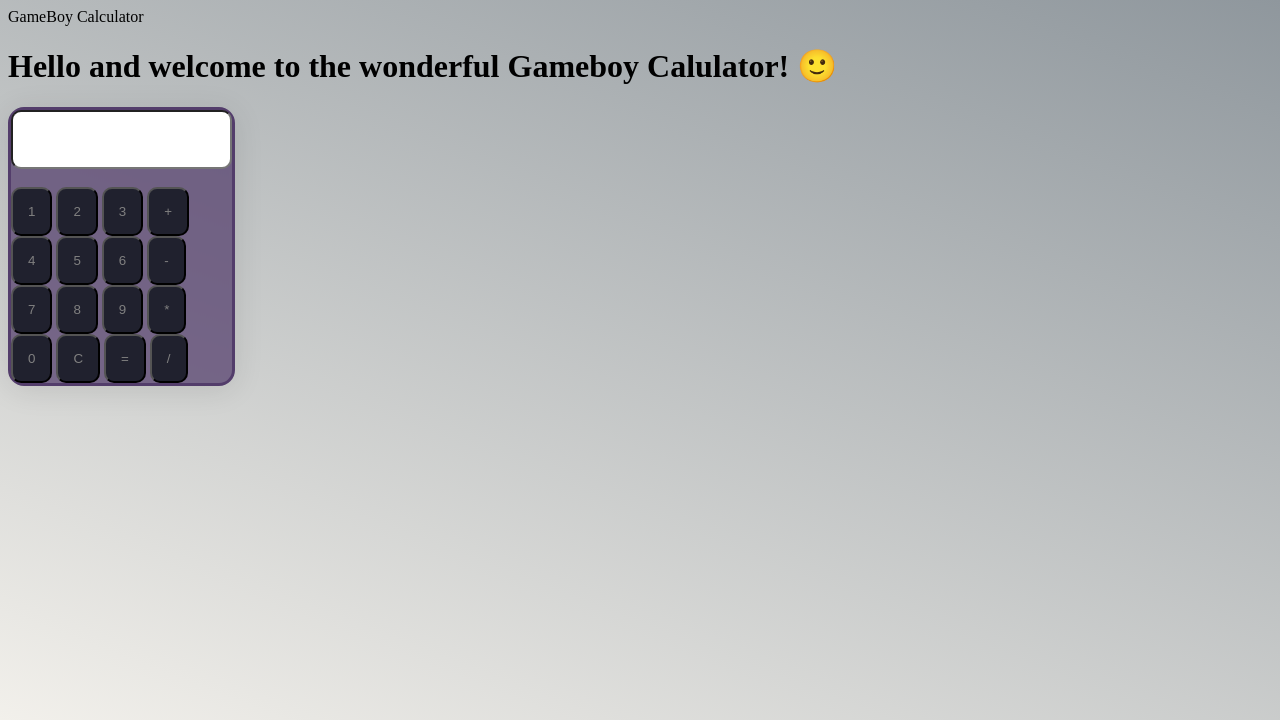
Repository: CrazyPaine/GameBoy-Calculator
Page: index.html
The author's editor kept a copy of each file at every save. The page is drawn from the files as they stood at one save, then again after the next save.
The browser window is 1280 px wide. The pictures show the whole page.

Above is the page before, as saved 2024-02-02 15:58:12.

### index.html
<!DOCTYPE html>
<html lang="en">
<head>
    <meta charset="UTF-8">
    <meta name="viewport" content="width=device-width, initial-scale=1.0">
    <link rel="stylesheet" type="text/css" href="css/styles.css"
    <title>GameBoy Calculator</title>
</head>

<body>
    <h1 class = "Intro">Hello and welcome to the wonderful Gameboy Calulator! &#128578;</h1>

    <div class = 'calculator'>
        <input type="text"id="display" readonly>
       <br>
            <button onclick="appendToDisplay('1')" class = "button">1</button>
            <button onclick="appendToDisplay('2')" class = "button">2</button>
            <button onclick="appendToDisplay('3')" class = "button">3</button>
            <button onclick="appendToDisplay('+')" class = "button">+</button>
            <br>
            <button onclick="appendToDisplay('4')" class = "button">4</button>
            <button onclick="appendToDisplay('5')" class = "button">5</button>
            <button onclick="appendToDisplay('6')" class = "button">6</button>
            <button onclick="appendToDisplay('-')" class = "button">-</button>
            <br>
            <button onclick="appendToDisplay('7')" class = "button">7</button>
            <button onclick="appendToDisplay('8')" class = "button">8</button>
            <button onclick="appendToDisplay('9')" class = "button">9</button>
            <button onclick="appendToDisplay('*')" class = "button">*</button>
            <br>
            <button onclick="appendToDisplay('0')" class = "button">0</button>
            <button onclick="clearDisplay()" class = "button">C</button>
            <button onclick="calculateResult()" class = "button">=</button>
            <button onclick="appendToDisplay('/')" class = "button">/</button>

    </div>




</body>
</html>

### css/styles.css
/******************************************
/* CSS
/*******************************************/


/* Box Model Hack */
* {
    box-sizing: border-box;
}



/******************************************
/* LAYOUT
/*******************************************/
html {
    height: 100%;
}

title {
    text-align: left;
    font-size: 5px;
}

body {
    background: rgb(143, 151, 157);
        background: linear-gradient(201deg, rgba(143, 151, 157, 1) 0%, rgba(242, 240, 235, 1) 100%);
}

#display{
    border-radius: 10px;
    display: flex;
    align-items:center;
    padding: 20px;
}

.calculator {
    border: 3px solid #533D6B;
    border-radius: 10px;
    width:fit-content;
    background: rgba(83, 61, 107, 0.73);
    border-radius: 16px;
    box-shadow: 0 4px 30px rgba(0, 0, 0, 0.1);
    backdrop-filter: blur(2.7px);
    -webkit-backdrop-filter: blur(2.7px);
}

.button {
    background-color: #20212e;
    border-radius: 10px;
    color: #808080;
    padding: 15px;
    min-height: fit-content;
    max-width: fit-content;
}


img {
    display: block;
    margin: 0 auto;
    width: 25%;
}


/******************************************
/* ADDITIONAL STYLES
/*******************************************/

After the next save:
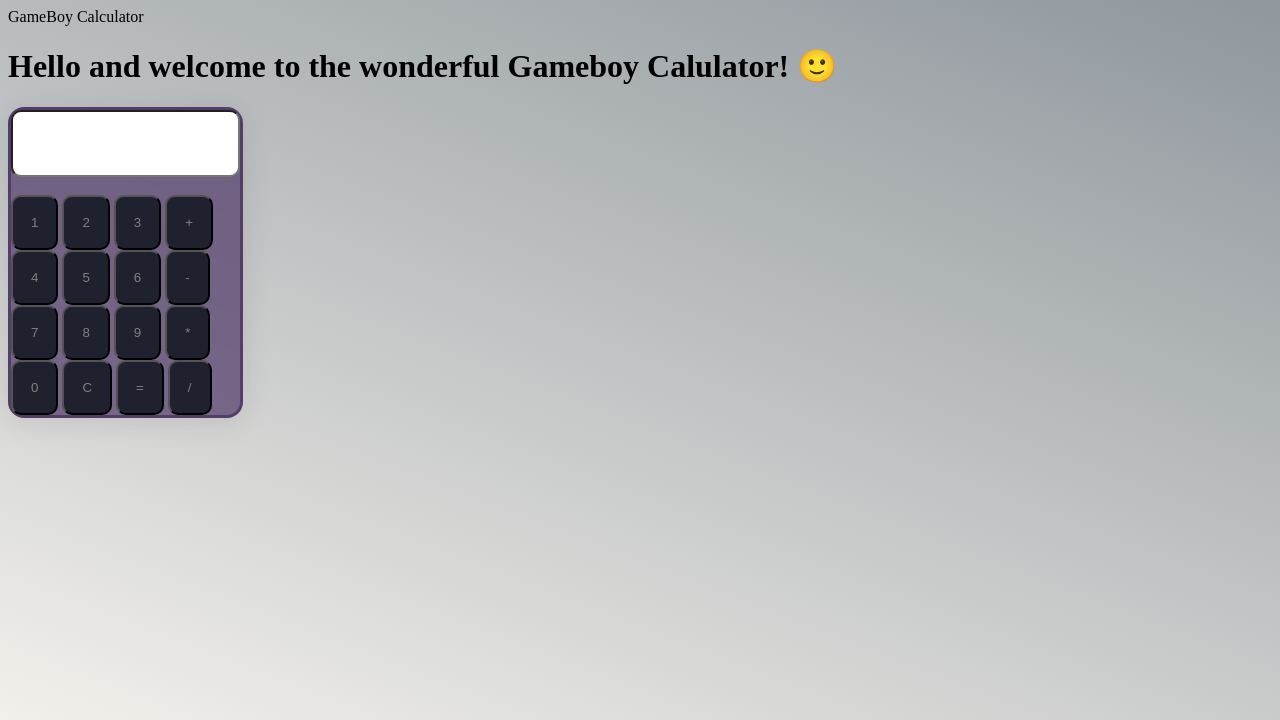
Saved 8 min 22 s later.
--- a/css/styles.css
+++ b/css/styles.css
@@ -31,7 +31,9 @@ body {
     border-radius: 10px;
     display: flex;
     align-items:center;
-    padding: 20px;
+    padding: 24px;
+    width:fit-content;
+    height:fit-content;
 }
 
 .calculator {
@@ -49,7 +51,7 @@ body {
     background-color: #20212e;
     border-radius: 10px;
     color: #808080;
-    padding: 15px;
+    padding: 18px;
     min-height: fit-content;
     max-width: fit-content;
 }
